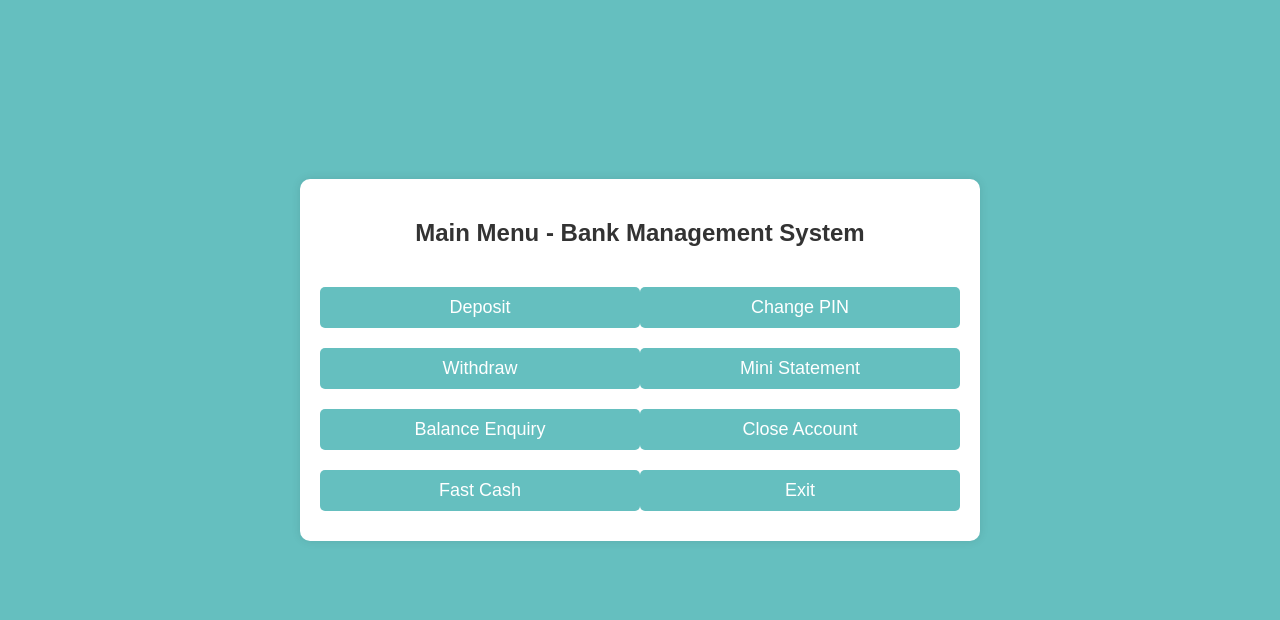
Repository: gauravraj08/bankingSystemJspServlet
Page: http://localhost/BankMangementSystem/main_class.jsp
The author's editor kept a copy of each file at every save. The page is drawn from the files as they stood at one save, then again after the next save.
The browser window is 1280 px wide. The pictures show the whole page.
The page is served by Tomcat 9. Other server files are loaded and not shown.

Above is the page before, as saved 2024-04-19 06:21:28.

### BankMangementSystem/src/main/webapp/main_class.jsp
<%@ page language="java" contentType="text/html; charset=UTF-8" pageEncoding="UTF-8"%>
<!DOCTYPE html>
<html lang="en">
<head>
    <meta charset="UTF-8">
    <meta name="viewport" content="width=device-width, initial-scale=1.0">
    <title>Main Class - Bank Management System</title>
    <style>
        body {
            background-color: #65BFBF;
            font-family: Arial, sans-serif;
            display: flex;
            justify-content: center;
            align-items: center;
            height: 100vh;
            margin: 0;
        }

        .container {
            width: 50%;
            padding: 20px;
            background-color: #fff;
            border-radius: 10px;
            box-shadow: 0 0 10px rgba(0, 0, 0, 0.1);
        }

        h2 {
            text-align: center;
            margin-bottom: 30px;
            color: #333;
        }

        .button-container {
            display: flex;
            flex-direction: column;
            align-items: center;
        }

        .button-row {
            display: flex;
            justify-content: space-between;
            width: 100%;
            margin-bottom: 10px;
            margin:10px;
        }

        .button {
            width: calc(50% - 10px);
            padding: 10px;
            border: none;
            border-radius: 5px;
            background-color: #65BFBF;
            color: #fff;
            font-size: 18px;
            cursor: pointer;
            text-align: center;
            text-decoration: none;
            transition: background-color 0.3s ease;
        }

        .button:hover {
            background-color: #4D9F9F;
        }
    </style>
</head>
<body>
    <div class="container">
        <h2>Main Menu - Bank Management System</h2>
        <div class="button-container">
            <div class="button-row">
                <a href="DepositServlet" class="button">Deposit</a>
                <a href="ChangePinServlet" class="button">Change PIN</a>
            </div>
            <div class="button-row">
                <a href="WithdrawServlet" class="button">Withdraw</a>
                <a href="MiniStatementServlet" class="button">Mini Statement</a>
            </div>
            <div class="button-row">
                <a href="BalanceEnquiryServlet" class="button">Balance Enquiry</a>
                <a href="CloseAccountServlet" class="button">Close Account</a>
            </div>
            <div class="button-row">
                <a href="FastCashServlet" class="button">Fast Cash</a>
                <a href="#" class="button">Exit</a>
            </div>
        </div>
    </div>
</body>
</html>

After the next save:
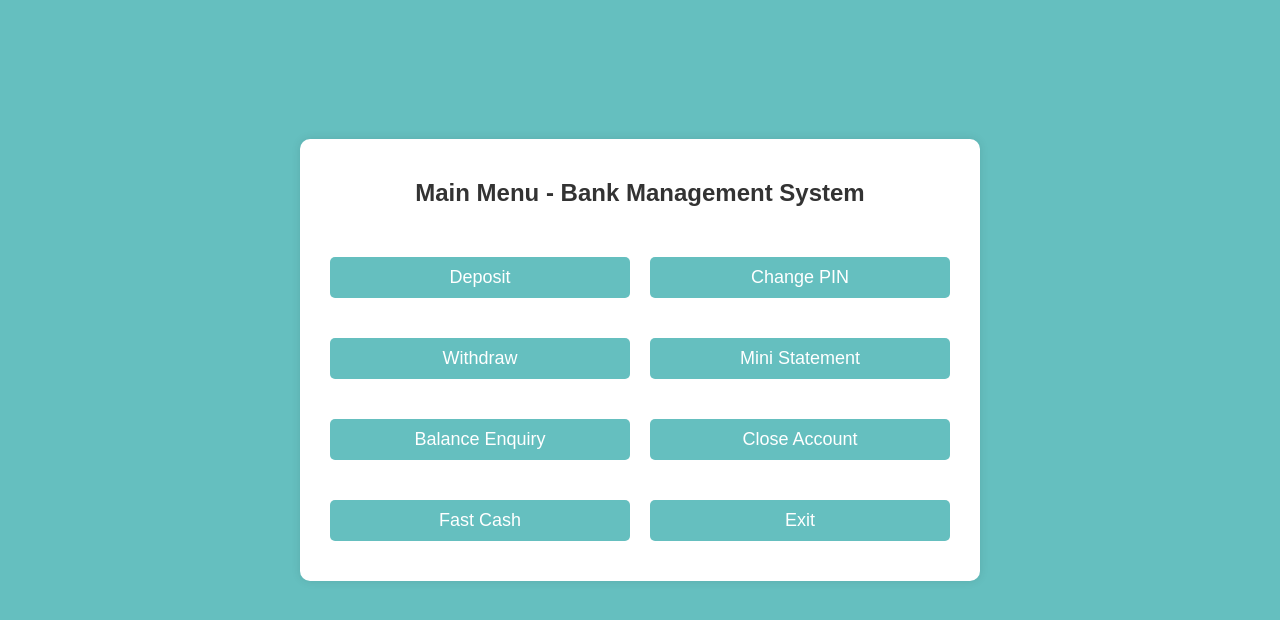
Saved 54 s later.
--- a/BankMangementSystem/src/main/webapp/main_class.jsp
+++ b/BankMangementSystem/src/main/webapp/main_class.jsp
@@ -46,6 +46,7 @@
 
         .button {
             width: calc(50% - 10px);
+            margin:10px;
             padding: 10px;
             border: none;
             border-radius: 5px;
